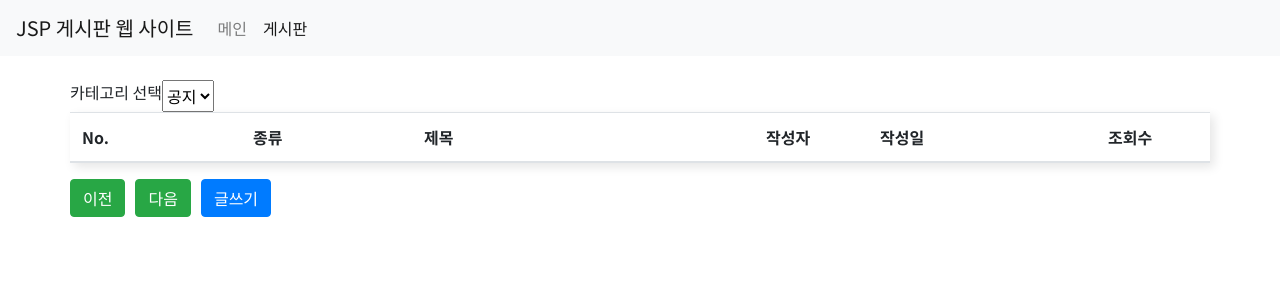
Repository: hz6450/2024-summer-jsp-notice-project
Page: http://localhost/BBS/BBS.jsp?pageNumber=0
An editor plug-in stored every save of this project. The page is shown before and after the next save, followed by the edit.
The browser window is 1280 px wide. The pictures show the whole page.
Some web fonts or font styles are not loaded; a fallback is used. Some web libraries are served in a nearby version. The page is served by Tomcat 10. Other server files are loaded and not shown. Queries for data that is not in the repository find no rows.

Above is the page before, as saved 2024-07-16 04:14:16.

### projects/BBS/src/main/webapp/BBS.jsp
<%@ page language="java" contentType="text/html; charset=UTF-8"
	pageEncoding="UTF-8"%>
<%@ page import="java.io.PrintWriter"%>
<%@ page import="bbs.BbsDAO"%>
<%@ page import="bbs.Bbs"%>
<%@ page import="java.util.ArrayList"%>
<!DOCTYPE html>
<html>
<link rel="stylesheet" href="css/custom-font.css">
<head>
<meta charset="UTF-8">
<meta name="viewport" content="width=device-width, initial-scale=1">
<title>JSP 게시판 웹 사이트</title>
<link rel="stylesheet"
	href="https://stackpath.bootstrapcdn.com/bootstrap/4.5.2/css/bootstrap.min.css">
<style type="text/css">
/* Custom CSS styles can go here */
#bbs-table {
	box-shadow: 4px 4px 10px rgba(0, 0, 0, 0.1);
}

#bbs-table th, #bbs-table td {
	vertical-align: middle;
}

.btn-arrow-left {
	margin-right: 10px;
}
</style>
</head>

<body>
	<%
	String userID = null;
	if (session.getAttribute("userID") != null) {
		userID = (String) session.getAttribute("userID");

	}
	int pageNumber = 1;
	if (request.getParameter("pageNumber") != null) {
		pageNumber = Integer.parseInt(request.getParameter("pageNumber"));
	}
	%>

	<nav class="navbar navbar-expand-lg navbar-light bg-light">
		<a class="navbar-brand" href="main.jsp">JSP 게시판 웹 사이트</a>
		<button class="navbar-toggler" type="button" data-toggle="collapse"
			data-target="#bs-example-navbar-collapse-1"
			aria-controls="bs-example-navbar-collapse-1" aria-expanded="false"
			aria-label="Toggle navigation">
			<span class="navbar-toggler-icon"></span>
		</button>

		<div class="collapse navbar-collapse"
			id="bs-example-navbar-collapse-1">
			<ul class="navbar-nav mr-auto">
				<li class="nav-item"><a class="nav-link" href="main.jsp">메인</a>
				</li>
				<li class="nav-item active"><a class="nav-link" href="BBS.jsp">게시판</a>
				</li>
			</ul>
		</div>
	</nav>

	<div class="container mt-4">
		<div class="row">
			<table class="table table-striped" id="bbs-table">
				<thead>
					<label>카테고리 선택</label>
					<br>
					<select name="bbsCategory" id="bbsCategory">
						<option value="공지">공지</option>
						<option value="자유">자유</option>
						<option value="질문">질문</option>
					</select>

					<tr>
						<th scope="col" style="width: 15%">No.</th>
						<th scope="col" style="width: 15%">종류</th>
						<th scope="col" style="width: 30%">제목</th>
						<th scope="col" style="width: 10%">작성자</th>
						<th scope="col" style="width: 20%">작성일</th>
						<th scope="col">조회수</th>
					</tr>
				</thead>
				<tbody>
					<%
					BbsDAO bbsDAO = new BbsDAO();
					ArrayList<Bbs> list = bbsDAO.getList(pageNumber);
					for (int i = 0; i < list.size(); i++) {
					%>
					<tr>
						<td><%=list.get(i).getBbsId()%></td>
						<td><%=list.get(i).getBbsCategory()%></td>
						<td><a href="view.jsp?bbsID=<%=list.get(i).getBbsId()%>"><%=list.get(i).getBbsTitle()%></a></td>
						<td><%=list.get(i).getUserID()%></td>
						<td><%=list.get(i).getBbsDate().substring(0, 16).replace(" ", "<br>")%></td>
						<td><%=list.get(i).getBbsView()%></td>
					</tr>
					<%
					}
					%>
				</tbody>
			</table>

			<div class="d-flex justify-content-between align-items-center">
				<a href="BBS.jsp?pageNumber=<%=pageNumber - 1%>"
					class="btn btn-success btn-arrow-left">이전</a> <a
					href="BBS.jsp?pageNumber=<%=pageNumber + 1%>"
					class="btn btn-success btn-arrow-left">다음</a> <a href="write.jsp"
					class="btn btn-primary">글쓰기</a>
			</div>
		</div>
	</div>

	<script src="https://code.jquery.com/jquery-3.5.1.slim.min.js"></script>
	<script
		src="https://cdn.jsdelivr.net/npm/@popperjs/core@1.16.1/dist/umd/popper.min.js"></script>
	<script
		src="https://stackpath.bootstrapcdn.com/bootstrap/4.5.2/js/bootstrap.min.js"></script>
</body>

</html>

### projects/BBS/src/main/java/bbs/BbsDAO.java
package bbs;

import java.sql.Connection;
import java.sql.DriverManager;
import java.sql.PreparedStatement;
import java.sql.ResultSet;
import java.util.ArrayList;

public class BbsDAO {

	private Connection conn;
	private ResultSet rs;

	public BbsDAO() {
		try {
			String dbURL = "jdbc:mysql://localhost:3306/BBS";
			String dbID = "root";
			String dbPassword = "6450";
			Class.forName("com.mysql.jdbc.Driver");
			conn = DriverManager.getConnection(dbURL, dbID, dbPassword);
		} catch (Exception e) {
			e.printStackTrace();
		}
	}

	public String getDate() {
		String SQL = "SELECT NOW()";
		try {
			PreparedStatement pstmt = conn.prepareStatement(SQL);
			rs = pstmt.executeQuery();
			if (rs.next()) {
				return rs.getString(1);
			}
		} catch (Exception e) {
			e.printStackTrace();
		}
		return "";
	}

	public int getNext() {
		String SQL = "SELECT bbsID FROM BBS ORDER BY bbsID DESC";
		try {
			PreparedStatement pstmt = conn.prepareStatement(SQL);
			rs = pstmt.executeQuery();
			if (rs.next()) {
				return rs.getInt(1) + 1;
			}
		} catch (Exception e) {
			e.printStackTrace();
		}
		return 1;
	}

	public int write(String bbsTitle, String userID, String bbsContent, String bbsCategory) {
		String SQL = "INSERT INTO BBS VALUE(?,?,?,?,?,?,?,?)";
		try {
			PreparedStatement pstmt = conn.prepareStatement(SQL);

			pstmt.setInt(1, getNext());
			pstmt.setString(2, bbsTitle);
			pstmt.setString(3, userID);
			pstmt.setString(4, getDate());
			pstmt.setString(5, bbsContent);
			pstmt.setInt(6, 1);
			pstmt.setInt(7, 0);
			pstmt.setString(8, bbsCategory);
			return pstmt.executeUpdate();
		} catch (Exception e) {
			e.printStackTrace();
		}
		return -1;
	}

	public ArrayList<Bbs> getList(int pageNumber) {
		String SQL = "SELECT * From BBS WHERE bbsID < ? AND bbsAvailable = 1 ORDER BY bbsID DESC LIMIT 5";
		ArrayList<Bbs> list = new ArrayList<Bbs>();
		try {
			PreparedStatement pstmt = conn.prepareStatement(SQL);
			pstmt.setInt(1, getNext() - (pageNumber - 1) * 5);
			rs = pstmt.executeQuery();
			while (rs.next()) {
				Bbs bbs = new Bbs();
				bbs.setBbsId(rs.getInt(1));
				bbs.setBbsTitle(rs.getString(2));
				bbs.setUserID(rs.getString(3));
				bbs.setBbsDate(rs.getString(4));
				bbs.setBbsContent(rs.getString(5));
				bbs.setBbsAvailable(rs.getInt(6));
				bbs.setBbsView(rs.getInt(7));
				bbs.setBbsCategory(rs.getString(8));
				list.add(bbs);
			}
		} catch (Exception e) {
			e.printStackTrace();
		}
		return list;
	}

	public boolean nextPage(int pageNumber) {
		String SQL = "SELECT * From BBS WHERE bbsAvailable = 1 ORDER BY bbsID DESC LIMIT 20";
		try {
			PreparedStatement pstmt = conn.prepareStatement(SQL);
			pstmt.setInt(1, getNext() - (pageNumber - 1) * 5);
			rs = pstmt.executeQuery();
			if (rs.next()) {
				return true;
			}
		} catch (Exception e) {
			e.printStackTrace();
		}
		return false;
	}

	public Bbs getBbs(int bbsID) {
		String SQL = "SELECT * FROM BBS WHERE bbsID = ?";
		try {
			PreparedStatement pstmt = conn.prepareStatement(SQL);
			pstmt.setInt(1, bbsID);
			rs = pstmt.executeQuery();
			if (rs.next()) {
				Bbs bbs = new Bbs();
				bbs.setBbsId(rs.getInt(1));
				bbs.setBbsTitle(rs.getString(2));
				bbs.setUserID(rs.getString(3));
				bbs.setBbsDate(rs.getString(4));
				bbs.setBbsContent(rs.getString(5));
				bbs.setBbsAvailable(rs.getInt(6));
				int bbsView = rs.getInt(7);
				bbs.setBbsCategory(rs.getString(8));
				bbs.setBbsView(bbsView);
				bbsView = bbsView + 1;
				countUpdate(bbsView, bbsID);
				return bbs;
			}
		} catch (Exception e) {
			e.printStackTrace();
		}
		return null;
	}

	public int countUpdate(int bbsCount, int bbsID) {
		String SQL = "update bbs set bbsViews = ? where bbsID = ?";
		try {
			PreparedStatement pstmt = conn.prepareStatement(SQL);
			pstmt.setInt(1, bbsCount);// 물음표의 순서
			pstmt.setInt(2, bbsID);
			return pstmt.executeUpdate();// insert,delete,update
		} catch (Exception e) {
			e.printStackTrace();
		}
		return -1;// 데이터베이스 오류
	}

	public int update(int bbsID, String bbsTitle, String bbsContent) {
		String SQL = "UPDATE BBS SET bbsTitle = ?, bbsContent= ? WHERE bbsID = ?";
		try {
			PreparedStatement pstmt = conn.prepareStatement(SQL);

			pstmt.setString(1, bbsTitle);
			pstmt.setString(2, bbsContent);
			pstmt.setInt(3, bbsID);

			return pstmt.executeUpdate();
		} catch (Exception e) {
			e.printStackTrace();
		}
		return -1;
	}

	public int delete(int bbsID) {
		String SQL = "DELETE FROM BBS WHERE bbsID = ?";
		try {
			PreparedStatement pstmt = conn.prepareStatement(SQL);
			pstmt.setInt(1, bbsID);

			return pstmt.executeUpdate();
		} catch (Exception e) {
			e.printStackTrace();
		}
		return -1;
	}
}

### projects/BBS/src/main/webapp/css/custom-font.css
@charset "UTF-8";

@import url(http://fonts.googleapis.com/earlyaccess/nanumgothic.css);

@import url(http://fonts.googleapis.com/earlyaccess/hanna.css);

@import url('https://fonts.googleapis.com/css2?family=Noto+Sans+KR:wght@100..900&display=swap');

* {
	font-family: "Noto Sans KR";
}

h1 {
	font-family: "Hanna";
}

After the next save:
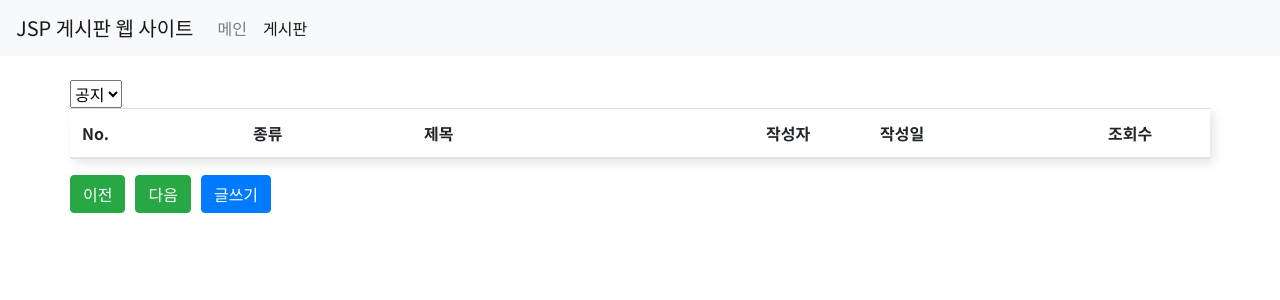
Saved 12 s later.
--- a/projects/BBS/src/main/webapp/BBS.jsp
+++ b/projects/BBS/src/main/webapp/BBS.jsp
@@ -66,8 +66,6 @@
 		<div class="row">
 			<table class="table table-striped" id="bbs-table">
 				<thead>
-					<label>카테고리 선택</label>
-					<br>
 					<select name="bbsCategory" id="bbsCategory">
 						<option value="공지">공지</option>
 						<option value="자유">자유</option>
